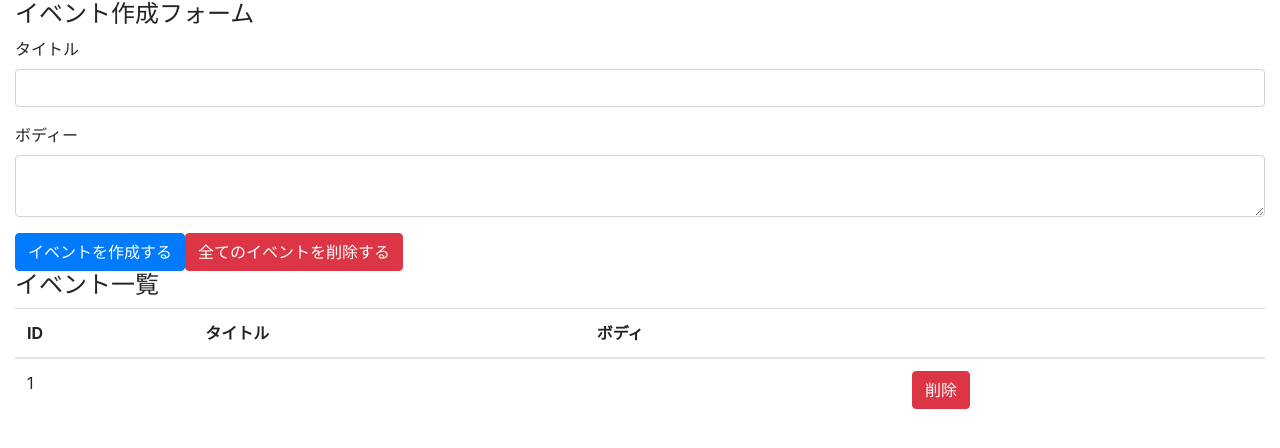
Repository: yujiuehara/my-app
Page: /, after clicking the first element matching `button.btn`
An editor plug-in stored every save of this project. The page is shown before and after the next save, followed by the edit.
The browser window is 1280 px wide. The pictures show the whole page.
The project was rebuilt for these pictures with package versions that can differ from the ones it lists, and the page was loaded fresh each time.

Above is the page before, as saved 2020-05-04 03:51:10.

### src/components/App.js
import React, {useReducer, useState} from 'react';

import 'bootstrap/dist/css/bootstrap.min.css'

import Event from './Event'
import reducer from '../reducers'

const App = () => {
  const [state, dispatch] = useReducer(reducer,[])
  const [title, setTitle] = useState('')
  const [body, setBody] = useState('')

  const addEvent = (e) => {
    e.preventDefault()
    dispatch({
      type: 'CREATE_EVENT',
      title,
      body
    })
    setTitle('')
    setBody('')
  }


  return (
    <div className="container-fluid">
      <h4>イベント作成フォーム</h4>
      <form>
        <div className="form-group">
          <label htmlFor="formEventTitle">タイトル</label>
          <input className="form-control" id="formEventTitle" value={title} onChange={e => setTitle(e.target.value)}/>
        </div>

        <div className="form-group">
          <label htmlFor="formEventBody">ボディー</label>
          <textarea className="form-control" id="formEventBody" value={body} onChange={e => setBody(e.target.value)}/>
        </div>

        <button className="btn btn-primary" onClick={addEvent}>イベントを作成する</button>
        <button className="btn btn-danger">全てのイベントを削除する</button>
      </form>

      <h4>イベント一覧</h4>
      <table className="table table-hover">
        <thead>
          <tr>
            <th>ID</th>
            <th>タイトル</th>
            <th>ボディ</th>
            <th></th>
          </tr>
        </thead>
        <tbody>
          {state.map((event,index)=>(<Event key={index} event={event} dispatch={dispatch}/>))}
        </tbody>
      </table>
    </div>
  )
}

export default App;

### src/components/Event.js
import React from 'react'

const Event = ({dispatch,event}) => {
    const id= event.id
    const handleClickDeleteButton = () => {
      dispatch({type: 'DELETE_EVENT', id })
    }

    return(
      <tr>
      <td>{id}</td>
      <td>{event.title}</td>
      <td>{event.body}</td>
      <td><button type="button" className="btn btn-danger" onClick={handleClickDeleteButton}>削除</button></td>
    </tr>
    )
}

export default Event

### src/reducers/index.js
// action = {
//   type: 'CREATE_EVENT',
//   title: '2020東京オリンピックのお知らせ',
//   body: '2020年に東京オリンピックを開催します！つきましては、、、、'
//}
const events = (state = [], action) => {
    switch(action.type){
        case 'CREATE_EVENT':
            const event = {title: action.title, body: action.body}
            const length = state.length
            const id = length === 0 ? 1 : state[length -1].id + 1
            return [...state, {id, ...event}]
        case 'DELETE_EVENT':
            return state.filter(event => event.id !== action.id)
        case 'DELETE_ALL_EVENT':
            return []
        default:
            return state
    }
}

export default events

Loaded but not shown: public/index.html (common file); src/index.js (common file); src/index.css (common file); src/serviceWorker.js (common file)

After the next save:
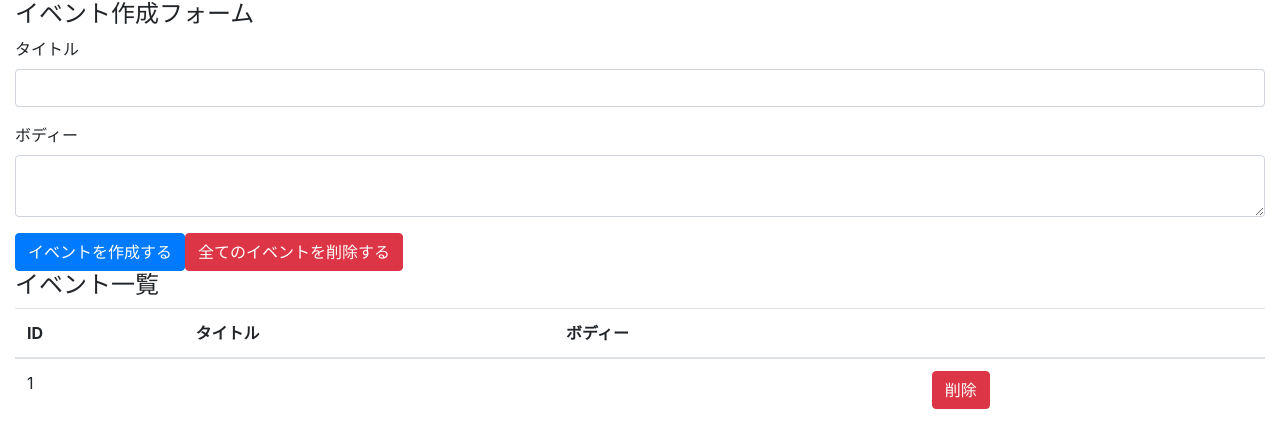
Saved 3 min 12 s later.
--- a/src/components/App.js
+++ b/src/components/App.js
@@ -1,4 +1,4 @@
-import React, {useReducer, useState} from 'react';
+import React, { useReducer, useState } from 'react'
 
 import 'bootstrap/dist/css/bootstrap.min.css'
 
@@ -6,21 +6,22 @@ import Event from './Event'
 import reducer from '../reducers'
 
 const App = () => {
-  const [state, dispatch] = useReducer(reducer,[])
+  const [state, dispatch] = useReducer(reducer, [])
   const [title, setTitle] = useState('')
   const [body, setBody] = useState('')
 
-  const addEvent = (e) => {
+  const addEvent = e => {
     e.preventDefault()
+
     dispatch({
-      type: 'CREATE_EVENT',
-      title,
-      body
+     type: 'CREATE_EVENT',
+     title,
+     body
     })
+
     setTitle('')
     setBody('')
   }
-
 
   return (
     <div className="container-fluid">
@@ -46,16 +47,16 @@ const App = () => {
           <tr>
             <th>ID</th>
             <th>タイトル</th>
-            <th>ボディ</th>
+            <th>ボディー</th>
             <th></th>
           </tr>
         </thead>
         <tbody>
-          {state.map((event,index)=>(<Event key={index} event={event} dispatch={dispatch}/>))}
+          { state.map((event, index) => (<Event key={index} event={event} dispatch={dispatch} />))}
         </tbody>
       </table>
     </div>
   )
 }
 
-export default App;
+export default App
